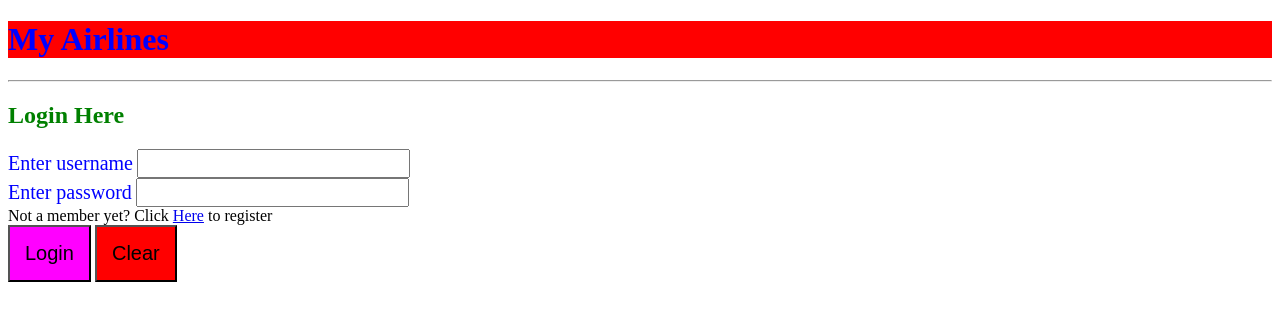
Repository: vishhaldawane/DS_WEB23
Page: MyWebProject/public/ForgotPassword.html
These files come from the project's save history. The page is drawn as it stood at one moment and after the next save; the edit follows.
The browser window is 1280 px wide. The pictures show the whole page.

Above is the page before, as saved 2023-07-31 08:54:04.

### MyWebProject/public/ForgotPassword.html
<!DOCTYPE html>
<html>

<head>
<meta charset="UTF-8">
	<title>Login here</title>
	<link rel="stylesheet" href="Login3.css">
</head>


	<body>
		<h1>My Airlines</h1>
		<hr>
		<h2>Login Here</h2>

		<form action="DashBoard.html">
			<label>Enter username</label> <input  type=text     name="uname"><br>
			<label>Enter password</label> <input  type=password name="upass"><br>

			Not a member yet? Click <a href="Register.html">Here</a> to register<br>

			<button type="submit">Login</button>
			<button style="background-color: red">Clear</button>
		</form>
	</body>

</html>

### MyWebProject/public/Login3.css
@charset "UTF-8";
		h1 {
			background-color:red;
			color: blue;
		}
		h2 {
			color: green;
		}
		label {
			color: blue;
			font-size: 20px;
		}
		input {
			color: black; font-size: 20px
		}
		button {
			padding: 15px; background-color: magenta; font-size: 20px
		}

After the next save:
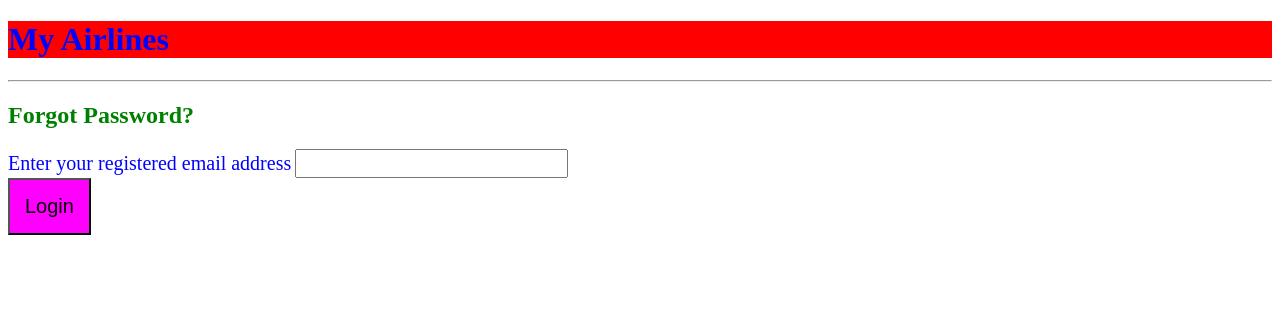
Saved 8 min 5 s later.
--- a/MyWebProject/public/ForgotPassword.html
+++ b/MyWebProject/public/ForgotPassword.html
@@ -11,16 +11,13 @@
 	<body>
 		<h1>My Airlines</h1>
 		<hr>
-		<h2>Login Here</h2>
+		<h2>Forgot Password?</h2>
 
-		<form action="DashBoard.html">
-			<label>Enter username</label> <input  type=text     name="uname"><br>
-			<label>Enter password</label> <input  type=password name="upass"><br>
+		<form action="PasswordResetEmail.html">
+			<label>Enter your registered email address</label> <input  type=text     name="uemail"><br>
 
-			Not a member yet? Click <a href="Register.html">Here</a> to register<br>
 
 			<button type="submit">Login</button>
-			<button style="background-color: red">Clear</button>
 		</form>
 	</body>
 
